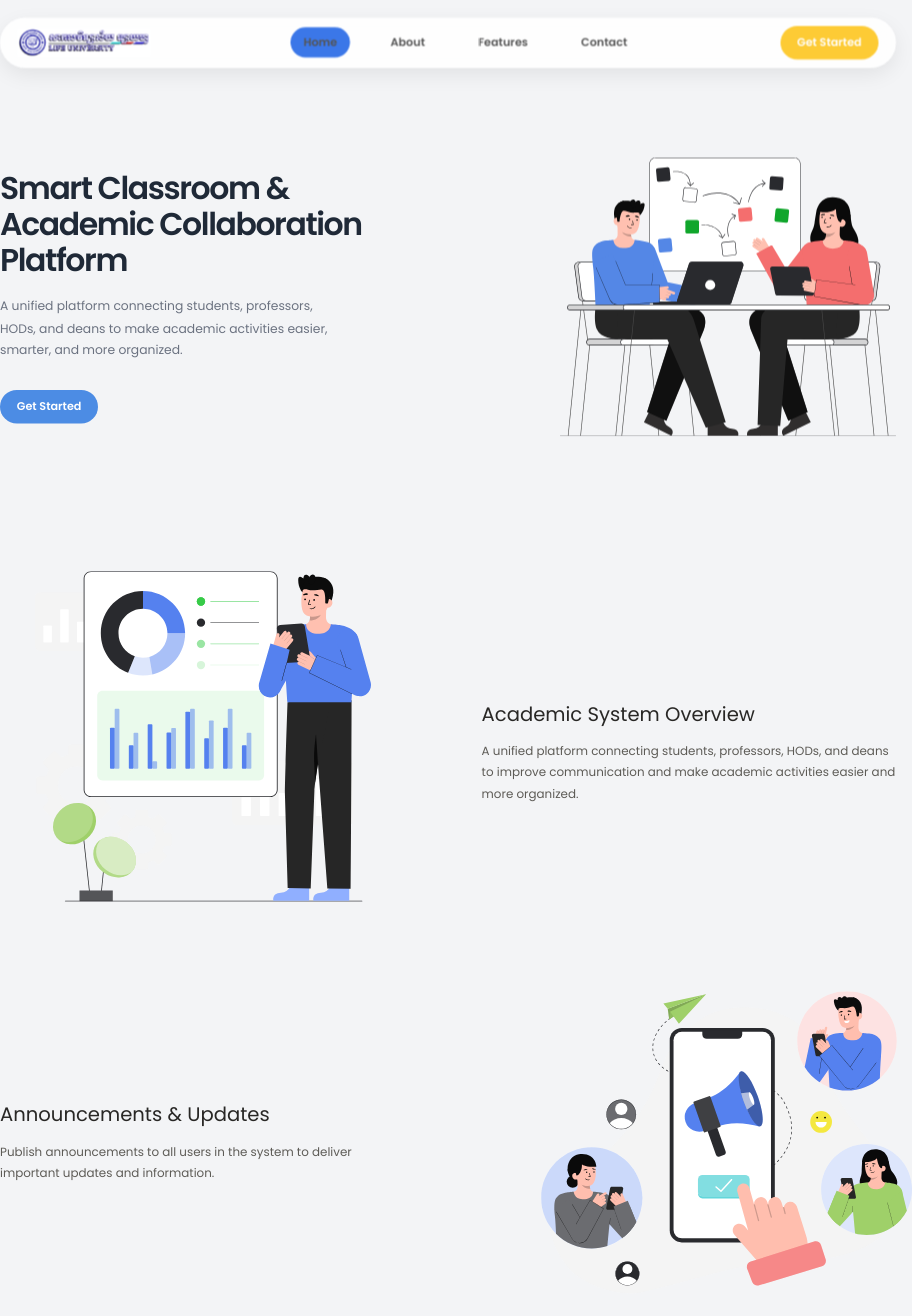
Repository: Chocovcandy/Classroom_Management_System
Page: http://localhost/
The author's editor kept a copy of each file at every save. The page is drawn from the files as they stood at one save, then again after a run of saves.
The browser window is 1280 px wide. The page is 1303 px wide, so the pictures cover 1303 px, including what lies to the right of the window. The pictures show the part of the page from y = 0 to 1880 px (the page is 3936 px tall before and 3974 px after), at 70% of full size.
Some web libraries are served in a nearby version. The page is served by the project's Laravel application, run on PHP 8.4 with Laravel 12. Other server files are loaded and not shown.

Above is the page before, as saved 2026-08-09 16:15:52.

### routes/web.php
<?php

use App\Http\Controllers\ProfileController;
use App\Http\Controllers\RoleSelectController;
use Illuminate\Support\Facades\Route;
use App\Http\Controllers\Admin\DepartmentController;
use App\Http\Controllers\Admin\UserController;

//public routes
Route::get('/', function () {
    return view('welcome');
})->name('welcome');

Route::get('/Login_page', function () {
    return view('Login_page');
})->name('Login_page');


// Authentication routes (login, register, etc.) are provided by Breeze
Route::middleware(['auth'])->group(function () {

    // Role selection (after login)
    Route::get('/role/select', [RoleSelectController::class, 'show'])
        ->name('role.select');

    Route::post('/role/select', [RoleSelectController::class, 'store'])
        ->name('role.select.store');

    // Profile (any logged-in user)
    Route::controller(ProfileController::class)->group(function () {
        Route::get('/profile', 'edit')->name('profile.edit');
        Route::patch('/profile', 'update')->name('profile.update');
        Route::delete('/profile', 'destroy')->name('profile.destroy');
    });

    // Admin routes
    Route::prefix('admin')
        ->name('admin.')
        ->middleware(['role:Admin'])
        ->group(function () {

            Route::view('/dashboard', 'admin.dashboard')
                ->name('dashboard');

            Route::resource('users', UserController::class);
            Route::resource('departments', DepartmentController::class);
        });

 // Dean rputes
    Route::prefix('dean')
        ->name('dean.')
        ->middleware(['role:Dean'])
        ->group(function () {
            Route::view('/dashboard', 'dean.dashboard')
                ->name('dashboard');
        });

    //HoD routes
    Route::prefix('hod')
        ->name('hod.')
        ->middleware(['role:HoD'])
        ->group(function () {
            Route::view('/dashboard', 'hod.dashboard')
                ->name('dashboard');
        });

    // Professor routes
    Route::prefix('professor')
        ->name('professor.')
        ->middleware(['role:Professor'])
        ->group(function () {
            Route::view('/dashboard', 'professor.dashboard')
                ->name('dashboard');
        });

    // Student routes
    Route::prefix('student')
        ->name('student.')
        ->middleware(['role:Student'])
        ->group(function () {
            Route::view('/dashboard', 'student.dashboard')
                ->name('dashboard');
        });


});

require __DIR__.'/auth.php';

### resources/views/welcome.blade.php
<!DOCTYPE html>
<html lang="en">

<head>
    <meta charset="UTF-8">
    <meta name="viewport" content="width=device-width, initial-scale=1.0">
    <!--=============== BOXICONS ===============-->
    <link rel="stylesheet" href="https://cdn.jsdelivr.net/npm/boxicons@latest/css/boxicons.min.css">

    <!--=============== CSS ===============-->
    <link rel="stylesheet" href="/assets/css/style.css">

    <title>Classroom Management System</title>

    <!-- Tailwind CDN (quick setup) -->
    <script src="https://cdn.tailwindcss.com"></script>
</head>

<body class="bg-gray-100 min-h-screen flex items-center justify-center">

    <!--=============== HEADER ===============-->
    <header class="header">
        <nav class="nav container">
            <!-- Logo -->
            <a href="#" class="nav__brand">
                <img src="../assets/img/Life_Un_logo.png" alt="Life University" class="LU_logo">
            </a>
            <!-- Menu -->
            <div class="nav__menu">
                <ul class="nav__list">
                    <li><a href="#home" class="nav__link active-link">Home</a></li>
                    <li><a href="#about" class="nav__link">About</a></li>
                    <li><a href="#services" class="nav__link">Features</a></li>
                    <li><a href="#contact" class="nav__link">Contact</a></li>
                </ul>
            </div>

            <!-- Right Buttons -->
            <div class="nav__actions">
                <!-- <a href="{{ route('Login_page') }}" class="nav__login">
                    Login
                </a> -->
                <a href="{{ route('Login_page') }}" class="button" id="getStarted">
                    Get Started
                </a>
            </div>
        </nav>
    </header>



    <div>
        <main class="main">

            <!--=============== HOME ===============-->
            <section class="home section" id="home">
                <div class="home__container container">

                    <div class="home__data">

                        <h1 class="home__title">
                            Smart Classroom &
                            <span>Academic Collaboration</span>
                            Platform
                        </h1>

                        <p class="home__description">
                            A unified platform connecting students, professors, HODs, and deans
                            to make academic activities easier, smarter, and more organized.
                        </p>

                        <div class="home__buttons">
                            <a href="{{ route('Login_page') }}" class="button">
                                Get Started
                            </a>
                        </div>

                    </div>

                    <div class="img_svg1">
                        <x-icons.home />
                    </div>

                </div>
            </section>




            <!--=============== ABOUT ===============-->
            <section class="about section container" id="about">
                <div class="about__container grid">
                    <div class="img_svg2">
                        <x-icons.overview />
                    </div>
                    <div class="about__data">
                        <h2 class="section__title-center">Academic System Overview</h2>
                        <p class="about__description">A unified platform connecting students, professors, HODs, and
                            deans to improve communication and make academic activities easier and more organized.
                        </p>
                    </div>

                </div>
            </section>



            <!--=============== Annoucement & Update ===============-->
            <section class="annoucement section container">
                <div class="annoucement__container grid">

                    <div class="annoucement__data">
                        <h2 class="section__title-center">
                            Announcements & Updates
                        </h2>
                        <p class="annoucement__description">
                            Publish announcements to all users in the system to deliver important updates and
                            information.
                        </p>
                    </div>
                    <div class="img_svg3">
                        <x-icons.annoucement />
                    </div>
                </div>
            </section>




            <section class="about section container" id="about">
                <div class="about__container grid">

                    <div class="img_svg4">
                        <x-icons.schedule />
                    </div>

                    <div class="about__data">
                        <h2 class="section__title-center">Schedule Management</h2>
                        <p class="about__description">Create and publish class schedules based on department and
                            academic year while preventing classroom and subject conflicts.
                    </div>

                </div>
            </section>




            <!--=============== Classroom Management Features ===============-->
            <section class="services section container" id="services">
                <h2 class="section__title">Classroom Management Features</h2>
                <div><br><br></div>
                <div class="services__container grid">
                    <!--Feature +01 -->
                    <div class="services__data">
                        <h3 class="services__subtitle">Classroom Groups</h3>
                        <div class="img_svg5">
                            <x-icons.CM_feature01 />
                        </div>
                        <p class="services__description">Professors create classroom groups, and students join using a
                            class code.
                    </div>

                    <!-- Feature +02 -->
                    <div class="services__data">
                        <h3 class="services__subtitle">Learning Activities</h3>
                        <div class="img_svg6">
                            <x-icons.CM_feature02 />
                        </div>
                        <p class="services__description">Upload learning materials, assignments, quizzes, announcements,
                            and grades.</p>
                    </div>

                    <!-- Feature +03 -->
                    <div class="services__data">
                        <h3 class="services__subtitle">Team Project Management</h3>
                        <div class="img_svg7">
                            <x-icons.CM_feature03 />
                        </div>
                        <p class="services__description">Create project teams through </br>volunteer or automatic
                            grouping.</p>
                        <div>
                        </div>
                        </dfgetiv>
                    </div>
            </section>





            <section class="contact section container" id="contact">
                <h2 class="section__title"> Our Campuses </h2>
                <p class="section__description">
                    Visit our campuses or contact us for academic information and support.
                </p>
                <div class="contact__container grid">

                    <!-- Card 1 -->
                    <div class="contact__card">
                        <img src="../assets/img/img_shv.png" class="contact__image" alt="Sihanoukville">
                        <span class="contact__badge">Main Campus</span>
                        <h3 class="contact__title">Sihanoukville</h3>
                        <p class="contact__text">
                            CT Street Mondol 3, Sangkat 2,<br>
                            Sihanoukville, Cambodia
                        </p>
                        <div class="contact__info">
                            <p>📞 034 934 498</p>
                            <p>📱 081 929 195</p>
                            <p>📱 078 966 877</p>
                            <p>✉ admin@lifeun.edu.kh</p>
                        </div>
                    </div>

                    <!-- Card 2 -->
                    <div class="contact__card">
                        <img src="../assets/img/img_pp.png" class="contact__image" alt="Phnom Penh">
                        <span class="contact__badge">Branch Campus</span>
                        <h3 class="contact__title">Phnom Penh</h3>
                        <p class="contact__text">
                            Street 256 & 598, Sangkat Toul Sangke,<br> Khan Russey Keo, Phnom Penh,<br>Kingdom of
                            Cambodia.
                        </p>
                        <div class="contact__info">
                            <p>📞 010 979 722</p>
                            <p>✉ bpzavi@gmail.com</p>
                        </div>
                    </div>

                    <!-- Card 3 -->
                    <div class="contact__card">
                        <img src="../assets/img/img_sl.png" class="contact__image" alt="Seoul">
                        <span class="contact__badge">Seoul, Korea Office</span>
                        <h3 class="contact__title">Seoul</h3>
                        <p class="contact__text">
                            Life University Seoul<br>
                            6F Seomun Bd. Changjun-dong Mapo-Gu Seoul Korea
                        </p>
                        <div class="contact__info">
                            <p>📞 070 7569 4937</p>
                            <p>✉ marie365happy@gmail.com</p>
                        </div>
                    </div>

                </div>
            </section>




            <!--=============== CONTACT US ===============-->
            <!-- <section class="contact section container" id="contact">
                <div class="contact__container grid">
                    <div class="contact__content">
                        <h2 class="section__title-center">Contact Us From <br> Here</h2>
                        <p class="contact__description">You can contact us from here, you can write to us,
                            call us or visit our service center, we will gladly assist you.</p>
                    </div>

                    <ul class="contact__content grid">
                        <li class="contact__address">Telephone: <span class="contact__information">999 - 888 -
                                777</span></li>
                        <li class="contact__address">Email: <span class="contact__information">delivery@email.com</span>
                        </li>
                        <li class="contact__address">Location: <span class="contact__information">Lima - Peru</span>
                        </li>
                    </ul>

                    <div class="contact__content">
                        <a href="#" class="button">Contact Us</a>
                    </div>
                </div>
            </section>
        </main> -->











            <!--

<div class="bg-white shadow-lg rounded-2xl p-10 w-full max-w-md text-center">

            <h1 class="text-2xl font-bold text-gray-800 mb-4">
                Classroom Management System
            </h1>

            <p class="text-gray-500 mb-6">
                Manage users, departments, and schedules efficiently.
            </p>

            @guest
                <div class="flex flex-col gap-3">
                    <a href="{{ route('login') }}"
                        class="bg-blue-600 text-white py-2 rounded-lg hover:bg-blue-700 transition">
                        Login
                    </a>

                    @if (Route::has('register'))
                        <a href="{{ route('register') }}"
                            class="border border-gray-300 py-2 rounded-lg hover:bg-gray-100 transition">
                            Register (Student)
                        </a>
                    @endif
                </div>
            @endguest

            @auth
                <div class="space-y-4">
                    <p class="text-gray-700">
                        Welcome, <span class="font-semibold">{{ auth()->user()->name }}</span>
                    </p>

                    @php
                        $role = auth()->user()->roles->first()->role_name ?? null;
                    @endphp

                    @if ($role === 'Admin')
                        <a href="{{ route('admin.dashboard') }}" class="block bg-green-600 text-white py-2 rounded-lg">Go to
                            Dashboard</a>

                    @elseif ($role === 'Dean')
                        <a href="{{ route('dean.dashboard') }}" class="block bg-green-600 text-white py-2 rounded-lg">Go to
                            Dashboard</a>

                    @elseif ($role === 'HoD')
                        <a href="{{ route('hod.dashboard') }}" class="block bg-green-600 text-white py-2 rounded-lg">Go to
                            Dashboard</a>

                    @elseif ($role === 'Professor')
                        <a href="{{ route('professor.dashboard') }}" class="block bg-green-600 text-white py-2 rounded-lg">Go to
                            Dashboard</a>

                    @elseif ($role === 'Student')
                        <a href="{{ route('student.dashboard') }}" class="block bg-green-600 text-white py-2 rounded-lg">Go to
                            Dashboard</a>
                    @endif

                    <form method="POST" action="{{ route('logout') }}">
                        @csrf
                        <button type="submit"
                            class="w-full border border-red-400 text-red-600 py-2 rounded-lg hover:bg-red-50 transition">
                            Logout
                        </button>
                    </form>
                </div>
            @endauth

        </div>

    </div>  -->




</body>

</html>

Loaded but not shown: routes/auth.php (common file); app/Http/Controllers/Auth/EmailVerificationPromptController.php (common file); app/Http/Controllers/Controller.php (common file); app/Http/Controllers/Auth/VerifyEmailController.php (common file); resources/views/components/icons/annoucement.blade.php (637 lines, source omitted); resources/views/components/icons/home.blade.php (524 lines, source omitted); resources/views/components/icons/CM_feature03.blade.php (475 lines, source omitted); resources/views/components/icons/CM_feature02.blade.php (396 lines, source omitted); resources/views/components/icons/CM_feature01.blade.php (361 lines, source omitted); resources/views/components/icons/overview.blade.php (328 lines, source omitted); resources/views/components/icons/schedule.blade.php (290 lines, source omitted); public/assets/css/style.css (865 lines, source omitted)

After the next 3 saves:
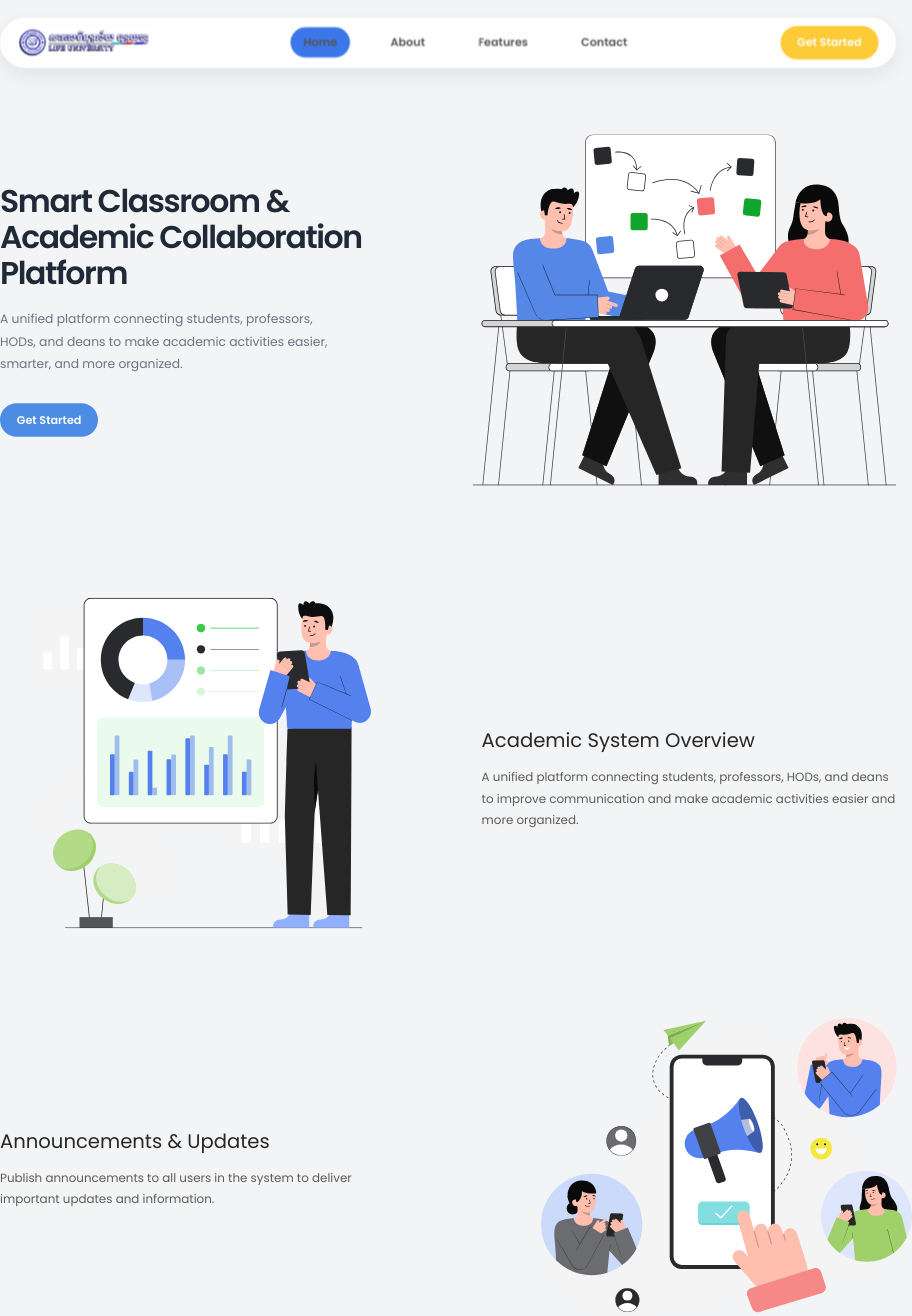
The 3 saves are shown as one change because they came seconds apart.
The last was saved 55 s later.
--- a/resources/views/welcome.blade.php
+++ b/resources/views/welcome.blade.php
@@ -77,8 +77,10 @@
 
                     </div>
 
-                    <div class="img_svg1">
-                        <x-icons.home />
+                    <div class="home__visual">
+                        <div class="home__illustration">
+                            <x-icons.home />
+                        </div>
                     </div>
 
                 </div>
